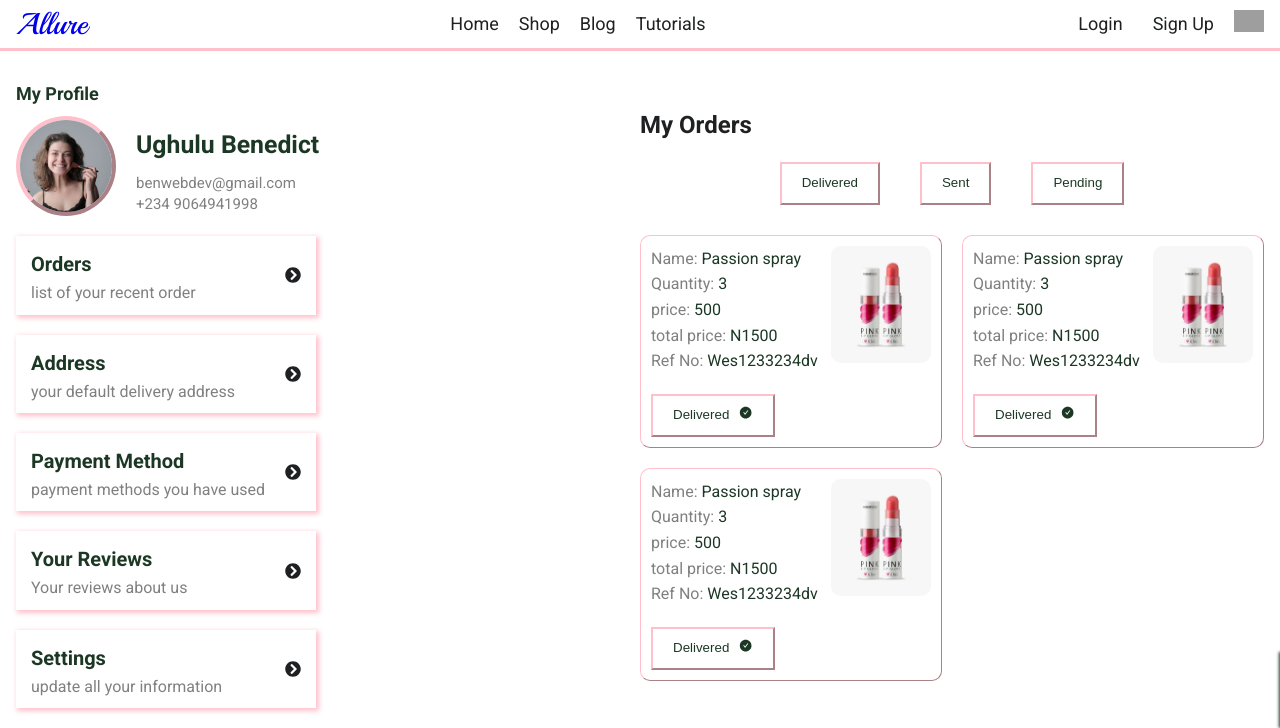
Repository: Benedict-Anthony/Allure-E-commerce-React-Js
Page: /account
An editor plug-in stored every save of this project. The page is shown before and after the next save, followed by the edit.
The browser window is 1280 px wide. The pictures show the whole page.
Pictures or frames that could not be fetched are drawn as grey boxes. The page's requests for data from a server got no answer. The project was rebuilt for these pictures with package versions that can differ from the ones it lists, and the page was loaded fresh each time. No one was signed in, and anything a server would have sent is missing. Also part of the build but not shown: src/App.css, src/css/card.css, src/shared/Card.tsx, src/scripts/landing.ts, src/css/landing.css, src/components/Landing.tsx, src/css/courses.css, src/shared/Course.tsx and 19 more.

Above is the page before, as saved 2023-02-04 01:12:22.

After the next save:
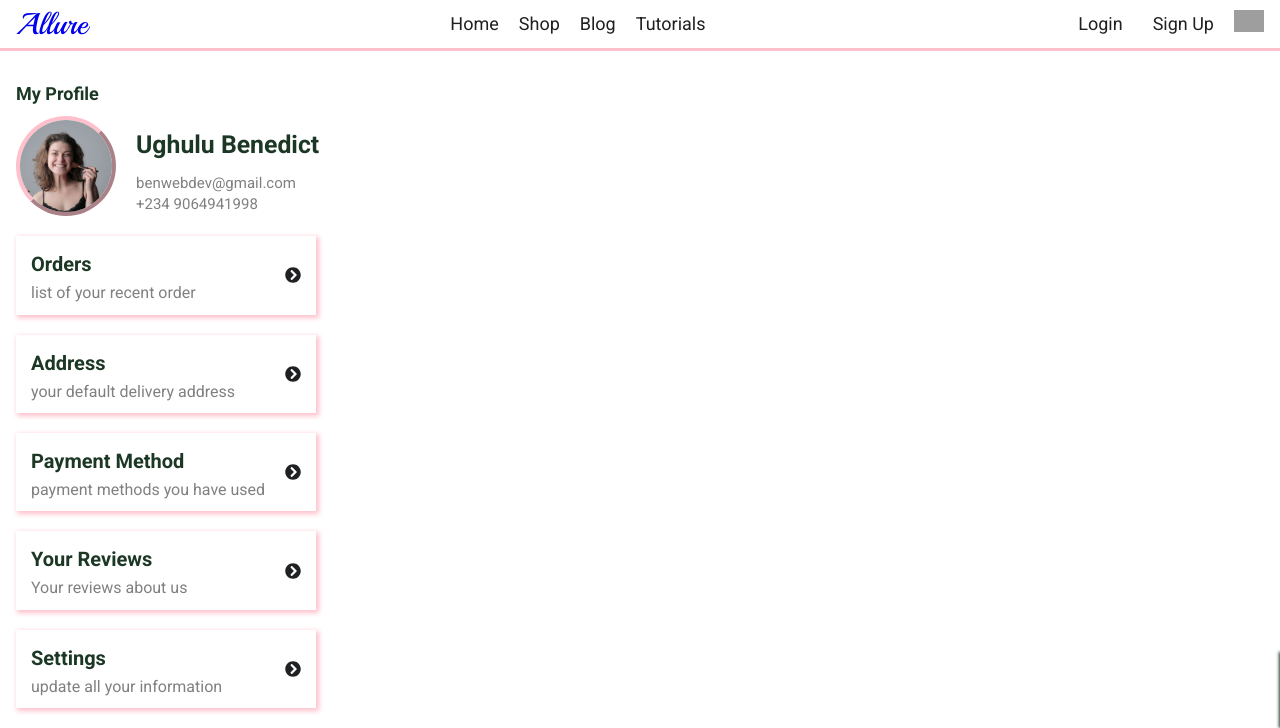
Saved 47 s later.
--- a/src/components/Profile.tsx
+++ b/src/components/Profile.tsx
@@ -16,7 +16,7 @@
 type componentType = "orders" | "address" | "payment" | "settings" | 'reviews' | string
 
 const Profile = ({ orders: Orders, address: Address, reviews: Reviews, setttings: Settings }: profileProps) => {
-    const [activeComponent, setActiveComponent] = useState<componentType>("orders")
+    const [activeComponent, setActiveComponent] = useState<componentType>("")
 
     const handleComponentState = (stateName: componentType) => {
         setActiveComponent(stateName)

After the save that followed:
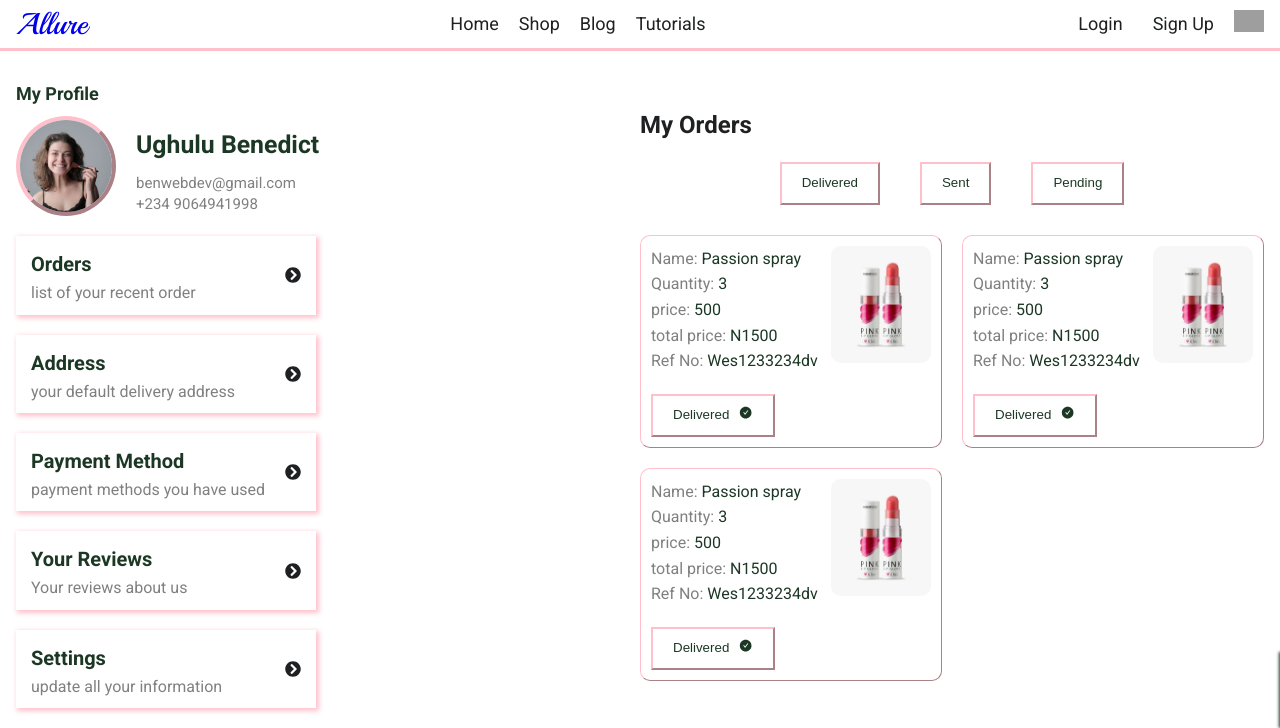
Saved 115 s later.
--- a/src/components/Profile.tsx
+++ b/src/components/Profile.tsx
@@ -16,7 +16,7 @@
 type componentType = "orders" | "address" | "payment" | "settings" | 'reviews' | string
 
 const Profile = ({ orders: Orders, address: Address, reviews: Reviews, setttings: Settings }: profileProps) => {
-    const [activeComponent, setActiveComponent] = useState<componentType>("")
+    const [activeComponent, setActiveComponent] = useState<componentType>("orders")
 
     const handleComponentState = (stateName: componentType) => {
         setActiveComponent(stateName)
